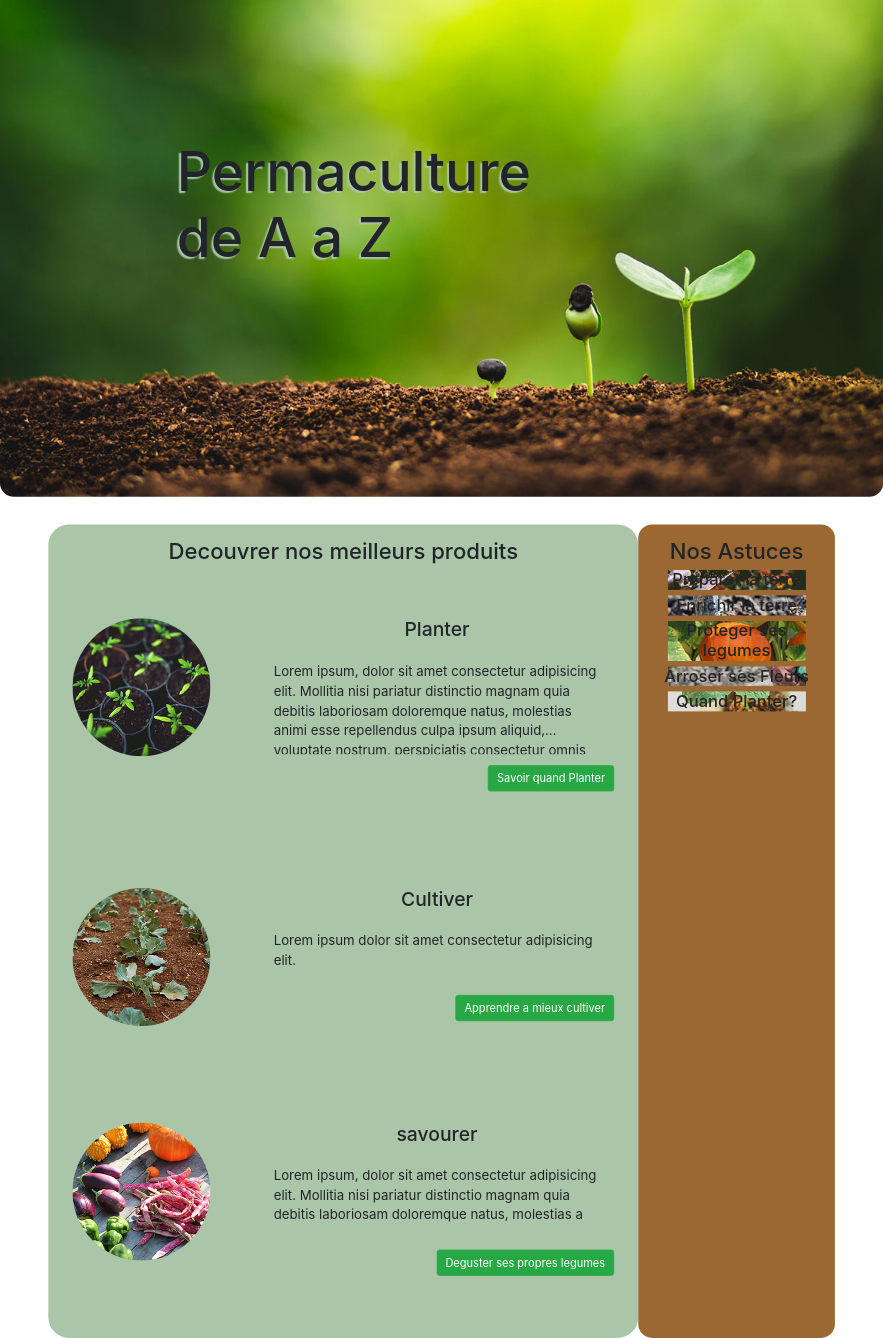
Repository: ahthionkevin/permaculture
Page: index.html
An editor plug-in stored every save of this project. The page is shown before and after the next save, followed by the edit.
The browser window is 1280 px wide. The pictures show the whole page, at 69% of full size.
Backgrounds fixed to the window are drawn as part of the page.

Above is the page before, as saved 2021-07-06 22:13:06.

### index.html
<!DOCTYPE html>
<html lang="fr">
<head>
    <meta charset="UTF-8">
    <meta http-equiv="X-UA-Compatible" content="IE=edge">
    <meta name="viewport" content="width=device-width, initial-scale=1.0">
    <title>Document</title>
    <link rel="stylesheet" href="./bootstrap.css">
    <link rel="stylesheet" href="./style.css">
</head>
<body>
    <header>
        <h1>Permaculture <br>de A a Z</h1>
    </header>
    <div class="container">
        <div class="row">
            <div class="col-lg-9" id="leftPart">
                <h2>Decouvrer nos meilleurs produits</h2>
                <div class="container">
                    <div class="row element">
                        <div class="col-sm-4">
                            <img src="./media/planter.jpg" alt="planter">
                        </div>
                        <div class="col-sm-8">
                            <h3>Planter</h3>
                            <p>Lorem ipsum, dolor sit amet consectetur adipisicing elit. Mollitia nisi pariatur distinctio magnam quia debitis laboriosam doloremque natus, molestias animi esse repellendus culpa ipsum aliquid, voluptate nostrum, perspiciatis consectetur omnis ipsa beatae? Debitis commodi rem voluptatum porro illo accusantium voluptas.</p>
                            <div class="bouton">
                                <button class="btn btn-success">Savoir quand Planter</button>
                            </div>

                        </div>
                    </div>

                    <div class="row element">
                        <div class="col-sm-4">
                            <img src="./media/cultiver.jpg" alt="cultiver">
                        </div>
                        <div class="col-sm-8">
                            <h3>Cultiver</h3>
                            <p>Lorem ipsum dolor sit amet consectetur adipisicing elit.</p>
                            <div class="bouton">
                                <button class="btn btn-success">Apprendre a mieux cultiver</button>
                            </div>

                        </div>
                    </div>

                    <div class="row element">
                        <div class="col-sm-4">
                            <img src="./media/savourer.jpg" alt="savourer">
                        </div>
                        <div class="col-sm-8">
                            <h3>savourer</h3>
                            <p>Lorem ipsum, dolor sit amet consectetur adipisicing elit. Mollitia nisi pariatur distinctio magnam quia debitis laboriosam doloremque natus, molestias a</p>
                            <div class="bouton">
                                <button class="btn btn-success">Deguster ses propres legumes</button>
                            </div>

                        </div>
                    </div>
                </div>
            </div>

            <div class="col-lg-3" id="rightPart">
                <h2>Nos Astuces</h2>
                <div class="tips" style="background: url(./media/preparer.jpeg) no-repeat 50% 50%;">
                    <h4>Preparer la terre</h4>
                </div>

                <div class="tips" style="background: url(./media/enrichir.jpeg) no-repeat 50% 50%;">
                    <h4>Enrichir la terre</h4>
                </div>

                <div class="tips" style="background: url(./media/proteger.jpg) no-repeat 50% 50%;">
                    <h4>Proteger ses legumes</h4>
                </div>

                <div class="tips" style="background: url(./media/arroser.jpg) no-repeat 50% 50%;">
                    <h4>Arroser ses Fleurs</h4>
                </div>

                <div class="tips" style="background: url(./media/quand-planter.jpeg) no-repeat 50% 50%;">
                    <h4>Quand Planter?</h4>
                </div>
            </div>
        </div>
    </div>

</body>
</html>

### style.css
html{
    scroll-behavior: smooth;
}

h2, h3, h4, .nav-item, #transition, footer{
    text-align: center;
}

header{
    background: url(./media/main.jpg) no-repeat fixed 50% 50%;
    background-size: cover;
    height: 100vh;
    border-radius: 0 0 20px 20px;
    margin-bottom: 40px;
}

h1{
    font-size: 5rem;
    padding: 200px 0 0 20%;
    text-shadow: -3px 3px 2px #abc5a9;
    animation: titre ease 3.5s;
}

@keyframes titre {
    0%{
        opacity: 0;
        transform: translate(0px,180px);
    }
    100%{
        opacity: 1;
        transform: translate(0px,0px);
    }
}


/* *******************LEFT PART***************** */
#leftPart{
    background-color: #abc5a9;
    border-radius: 30px;
    padding: 20px;
}

.element{
    padding: 70px 0;
}

.element img{
    border-radius: 50%;
    width: 200px;
}

.element p{
    font-size: 1.2rem;
    display: -webkit-box;
    -webkit-box-orient: vertical;
    -webkit-line-clamp: 4;
    overflow: hidden;
    padding: 20px;
}
.element .bouton{
    text-align: right;
    max-width: 15px 4% 0 0;
}


/* ***************RIGHT PART*********** */
#rightPart{
    background-color: #9b6833;
    border-radius: 20px;
    padding: 20px;
}

Loaded but not shown: bootstrap.css (library)

After the next save:
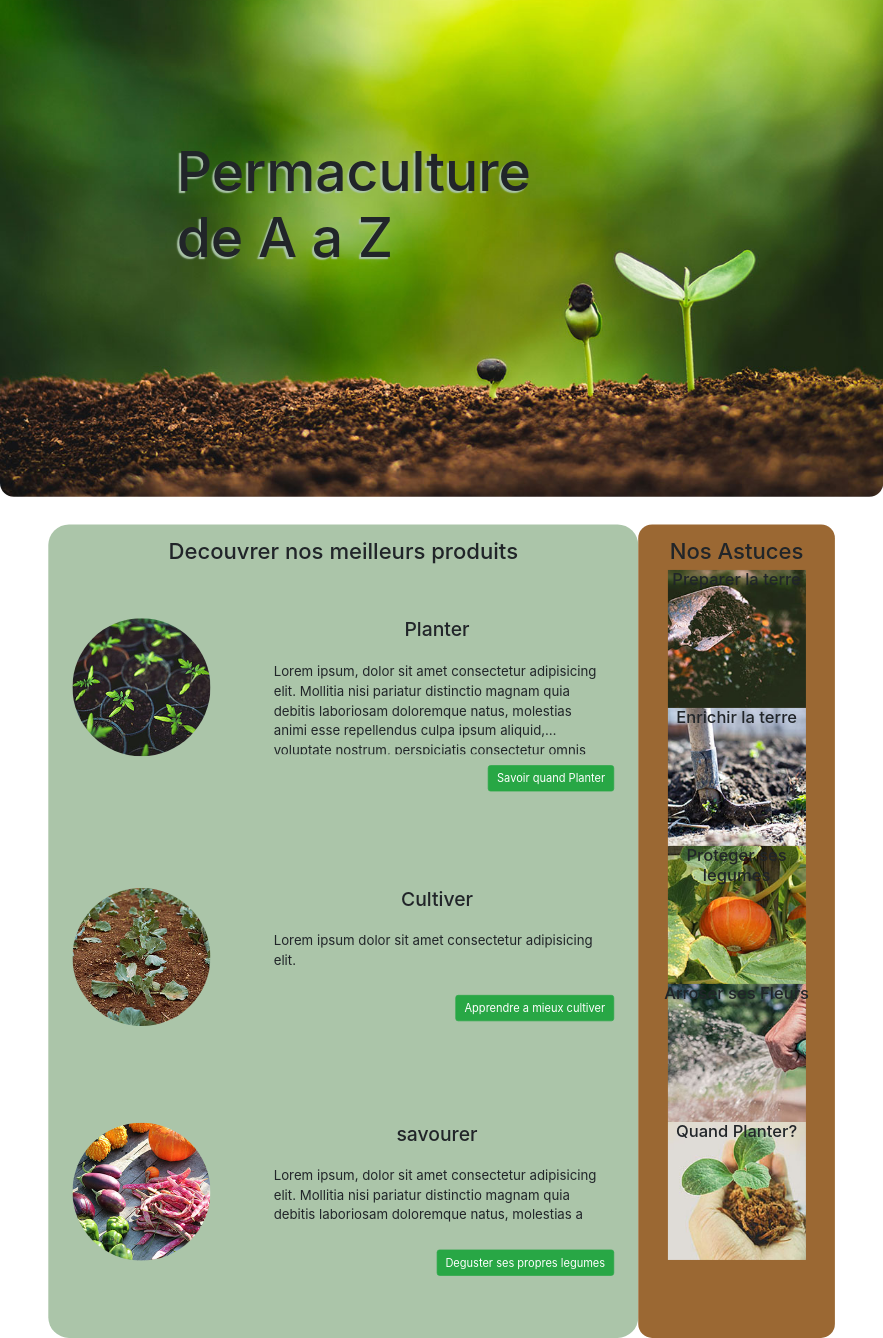
Saved 30 s later.
--- a/style.css
+++ b/style.css
@@ -69,3 +69,7 @@ h1{
     border-radius: 20px;
     padding: 20px;
 }
+
+.tips{
+    height: 200px;
+}
